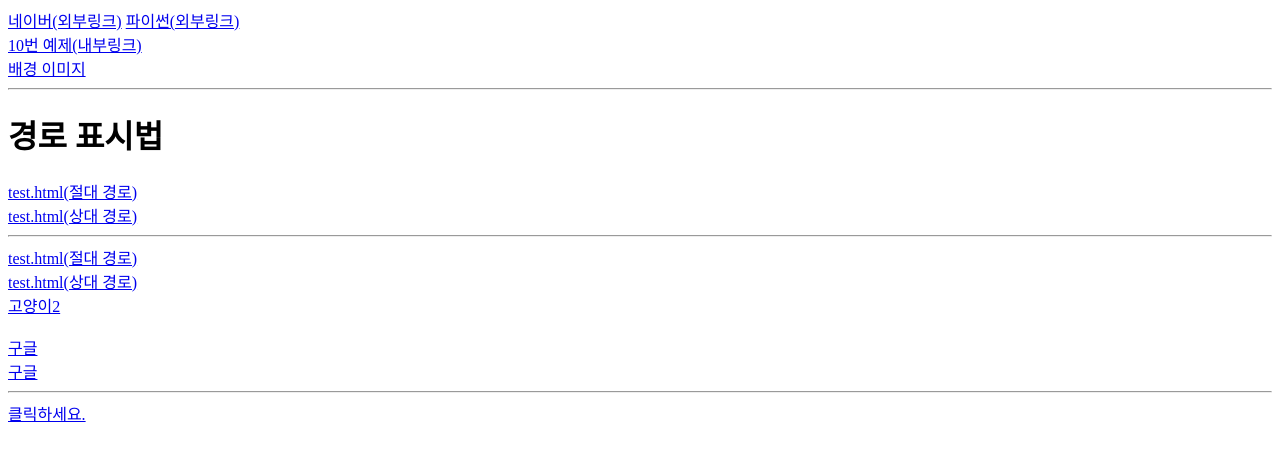
Repository: Chun0903/classStudy_github.io
Page: client/ClientTest/WebContent/sub/ex11_link.html
These files come from the project's save history. The page is drawn as it stood at one moment and after the next save; the edit follows.
The browser window is 1280 px wide. The pictures show the whole page.

Above is the page before, as saved 2020-06-19 02:40:06.

### client/ClientTest/WebContent/sub/ex11_link.html
<!DOCTYPE html>
<html>
<head>
<meta charset="UTF-8">
<title>Insert title here</title>
</head>
<body>

	<!--

		링크, Link
		-<a> 태그, anchor(닻), link

		링크 속성
		- href: 이동할 URL, Reference a Hyperlink
			-href의 대상
				a. HTML 페이지
				b. 이미지
				c. 문서
				d. 압축 파일
				e. 동영상...


	 -->

	<a href="http://naver.com">네이버(외부링크)</a>
	<a href="http://python.org">파이썬(외부링크)</a>
	<br>
	<a href="ex10_list.html">10번 예제(내부링크)</a>
	<br>
	<a href="images/고양이2.jpg">배경 이미지</a>

	<hr>

	<h1>경로 표시법</h1>

	<!--

		1. 절대 경로
			- 어디에서 사용하던지 항상 기준이 같은 경로 표기법
			- '/ClientTest' == 'WebContent'
			- '/컨텍스트루트' == 'WebContent'
		2. 상대 경로
			- 어디에서 사용하느냐에 따라 기준이 다른 경로 표기법
			- 현재 페이지가 소속되어 있는 디렉토리를 기준으로 한다.
		3. 외부 경로
			- http://naver.com/dog.jpg
			- 가끔씩
		4. 로컬 경로(절대 사용X)
			- D:\고양이2.jpg

		경로 구분자
		1. '\' : 파일 경로(드라이브명으로 시작)
		2. '/' : 웹 경로(URL)

		프로젝트 URL
		- 대소문자 혼용
		- 소문자만 사용

	 -->

	<a href="/client/test.html">test.html(절대 경로)</a><br>
	<a href="./test.html">test.html(상대 경로)</a><br>

	<hr>

	<!-- 타겟 리소스가 이동하면 절대경로/상대경로 모두 수정해야 한다. -->
	<a href="/client/test/test.html">test.html(절대 경로)</a><br>
	<a href="../test/test.html">test.html(상대 경로)</a><br>

	<a href="d:\고양이2.jpg">고양이2</a><br><br>


	<!--
		a.target 속성
		- 열거형
			1. '_blank' : 새창 이동
				- 외부 링크
			2. '_self' : default, 현재창 이동
				- 내부 링크
			---------------
			3. '_parent'
			4. '_top'
			5. 프레임명
	-->

	 <a href="http://google.com" target="_self"> 구글 </a> <br>
	 <a href="http://google.com" target="_blank"> 구글 </a> <br> <!-- 다른 페이지에서 열기 -->

	 <hr>

	 <a href="javascript:alert('메롱~');">클릭하세요.</a>

</body>
</html>

After the next save:
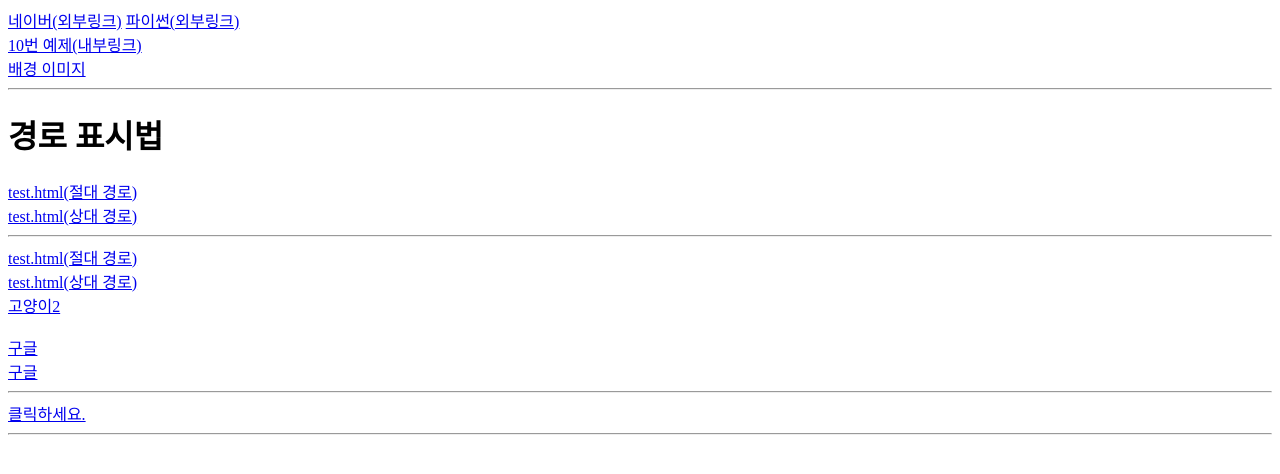
Saved 79 s later.
--- a/client/ClientTest/WebContent/sub/ex11_link.html
+++ b/client/ClientTest/WebContent/sub/ex11_link.html
@@ -91,5 +91,17 @@
 
 	 <a href="javascript:alert('메롱~');">클릭하세요.</a>
 
+	 <hr>
+
+	 <!--
+
+	 	<a> 태그
+	 	1. 링크
+	 	2. 앵커
+
+	 -->
+
+	 <a></a>
+
 </body>
 </html>
